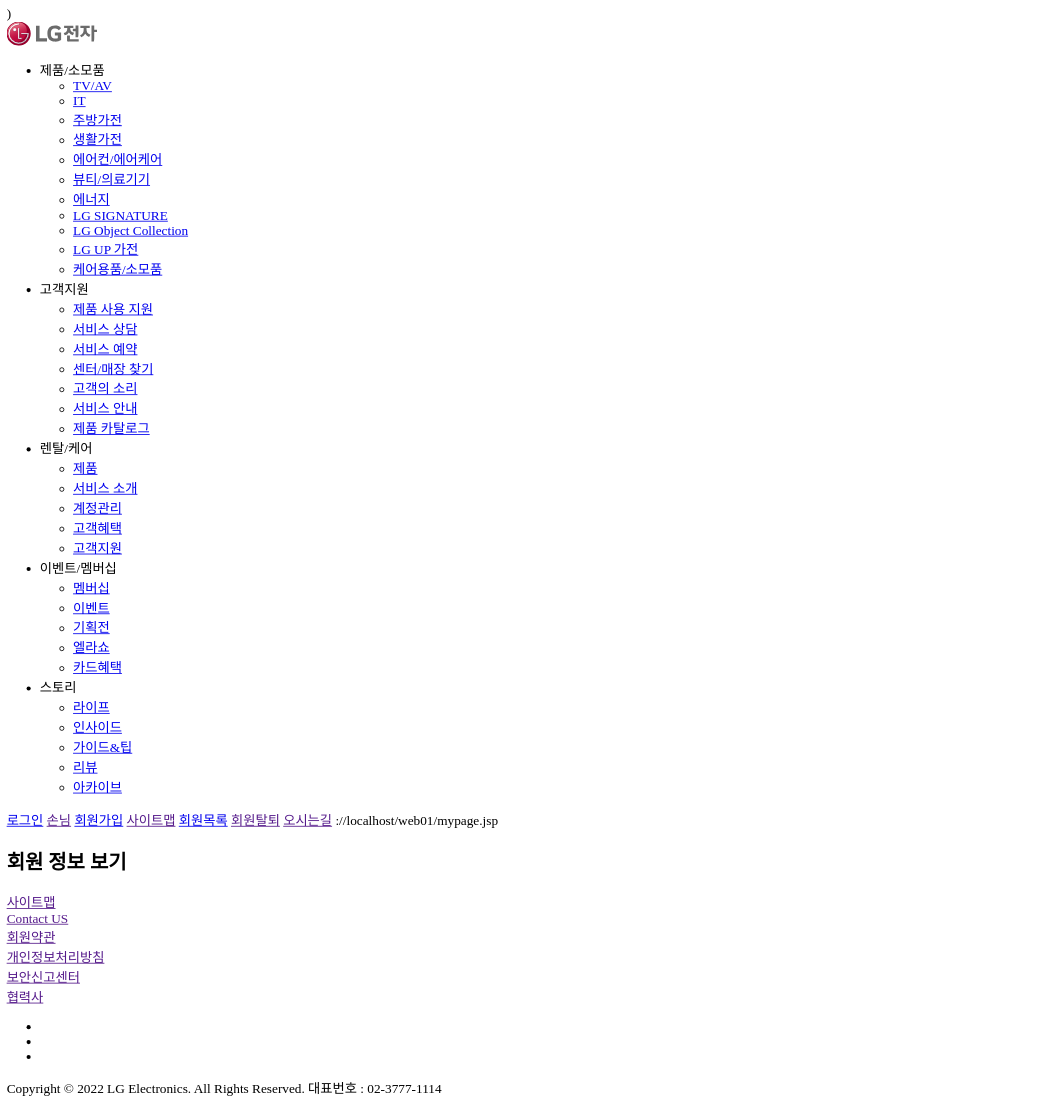
Repository: rlawnsgh6557/github.kr
Page: http://localhost/web01/mypage.jsp
These files come from the project's save history. The page is drawn as it stood at one moment and after the next save; the edit follows.
The browser window is 1280 px wide. The pictures show the whole page, at 83% of full size.
The page is served by Tomcat 9. Queries for data that is not in the repository find no rows.

Above is the page before, as saved 2022-04-28 05:01:31.

### web01/src/main/webapp/mypage.jsp
<%@ page language="java" contentType="text/html; charset=UTF-8"
    pageEncoding="UTF-8"%>
<%@ page import="java.sql.*" %>)
<!DOCTYPE html>
<html>
<head>
<meta charset="UTF-8">
<title>회원정보 보기 및 수정</title>
</head>
<body>
<div class="wrap">
<header id="hd" class="panel-heading">
	<div class="hd_wrap">
		<%@ include file="nav.jsp" %>
	</div>
</header>
<div class="content" class="panel-body">
	<h2>회원 정보 보기</h2>
<%
	Connection conn = null;
	PreparedStatement pstmt = null;
	ResultSet rs = null;
	try {
		Class.forName("org.mariadb.jdbc.Driver");
		conn = DriverManager.getConnection("jdbc:mariadb://localhost:3308/company", "root","1234");
		String sql = "select * from member where id=?";
		pstmt = conn.prepareStatement(sql);
		pstmt.setString(1, sid);
		rs = pstmt.executeQuery();
		if(rs.next()){
%>
		<form action="memEdit.jsp" method="post">
			<table>
				<tbody>
					<tr>
						<td>아이디 : </td>
						<td><input type="test" name="uid" value='<%=rs.getString("id") %>' readonly></td>
					</tr>
					<tr>
						<td>비밀번호 : </td>
						<td><input type="test" name="upw" value='<%=rs.getString("pw") %>'></td>
					</tr>
					<tr>
						<td>이름 : </td>
						<td><input type="test" name="name" value='<%=rs.getString("name") %>' readonly></td>
					</tr>
					<tr>
						<td>연락처 : </td>
						<td><input type="tel" name="phone" value='<%=rs.getString("phone") %>'></td>
					</tr>
					<tr>
						<td>주소 : </td>
						<td><input type="text" name="address" value='<%=rs.getString("address") %>'></td>
					</tr>
					<tr>
						<td colspan="3">
							<input type="submit" value="정보변경"/> &nbsp; &nbsp; &nbsp; &nbsp;
							<%
							if(!sid.equals("admin")){
							%>
							<a href="secession.jsp" class="btn btn-primary">탈퇴</a> &nbsp; &nbsp; &nbsp; &nbsp;
							<%
							}
							%>
							<input type="reset" value="취소"/>
						</td>
					</tr>
				</tbody>
			</table>
		</form>
<%
		}
	} catch(Exception e) {
		e.printStackTrace();
	} finally{
		try{
			rs.close();
			pstmt.close();
			conn.close();
		} catch(Exception e){
			e.printStackTrace();
		}
	}
%>
</div>
<footer id="ft" class="panel-footer">
	<%@ include file="ft.jsp" %>
</footer>
</div>
</body>
</html>

### web01/src/main/webapp/nav.jsp
<%@ page language="java" contentType="text/html; charset=UTF-8"
    pageEncoding="UTF-8"%>
<% /*
	스크립트릿(scriptlet) */
	String[] dp1 = {"제품/소모품","고객지원","렌탈/케어","이벤트/멤버십","스토리"};
	String[][] dp2 ={{"TV/AV","IT","주방가전","생활가전","에어컨/에어케어","뷰티/의료기기","에너지","LG SIGNATURE","LG Object Collection","LG UP 가전","케어용품/소모품"},
			{"제품 사용 지원","서비스 상담","서비스 예약","센터/매장 찾기","고객의 소리","서비스 안내","제품 카탈로그"},
			{"제품","서비스 소개","계정관리","고객혜택","고객지원"},
			{"멤버십","이벤트","기획전","엘라쇼","카드혜택"},
			{"라이프","인사이드","가이드&팁","리뷰","아카이브"}};
	String[][] lnk = {{"sub1.html#page1","sub1.html#page2","sub1.html#page3","sub1.html#page4","sub1.html#page5","sub1.html#page6","sub1.html#page7","sub1.html#page8","sub1.html#page9","sub1.html#page10","sub1.html#page11"},
			{"sub2.html#page1","sub2.html#page2","sub2.html#page3","sub2.html#page4","sub2.html#page5","sub2.html#page6","sub2.html#page7"},
			{"sub3.html#page1","sub3.html#page2","sub3.html#page3","sub3.html#page4","sub3.html#page5"},
			{"sub4.html#page1","sub4.html#page2","sub4.html#page3","sub4.html#page4","sub4.html#page5"},
			{"sub5.html#page1","sub5.html#page2","sub5.html#page3","sub5.html#page4","sub5.html#page5"}};
%>
<%-- <%=표현식(expression) %> --%>
<a class="Logo" href="index.jsp"><img src="./img/lg_logo.svg" alt="로고">
<i class="xi-star-o xi-spin"></i></a>
<nav id="gnb">
	<ul>
<%
	for(int i=0;i<dp1.length;i++){
%>
	<li>
		<span class="dp1"><%=dp1[i] %></span>
		<ul class="sub">
<%
		for(int j=0;j<dp2[i].length;j++){
%>
<li><a class="dp2" href="<%=lnk[i][j] %>"><%=dp2[i][j] %></a></li>
<%
		}
%>
		</ul>
	</li>
<%
	}
%>
</ul>
</nav>
<p id="tnd">
<%
	String sid = (String) session.getAttribute("uid");
	String sname = (String) session.getAttribute("name");
	if(sid == null){
%>
	<a href="login.jsp">로그인</a>
	<a href="">손님</a>
	<a href="agree.jsp">회원가입</a>
<%
	} else {
%>
	<a href="logout.jsp">로그아웃</a>
	<a href="mypage.jsp"><%=sname %></a>
<%
	}
%>
	<a href="">사이트맵</a>
	<a href="memberList.jsp">회원목록</a>
	<a href="">회원탈퇴</a>
	<a href="">오시는길</a>
    <span id="msg_a"></span>
</p>
<script>
	//주소 입력줄로 받은 msg를 받아 출력하는 부분임
	var url = location.href; //url입력줄의 메시지를 포함한 주소를 저장
	var pos = url.indexOf("?msg=");
	var msg = url.substr(pos+5); //메시지만 추출
	var msg_a = document.getElementById("msg_a"); //해당 msg_a 아이디 요소 선택
	msg_a.innerHTML = msg;
	//msg_a.innerHTML = decodeURI(msg);
	if(pos>0){
		if(msg!=""){
			alert(msg);
		}
	}
</script>

### web01/src/main/webapp/ft.jsp
<%@ page language="java" contentType="text/html; charset=UTF-8"
    pageEncoding="UTF-8"%>
<%
    String[] dp3 = {"사이트맵","Contact US","회원약관","개인정보처리방침","보안신고센터","협력사"};
%>
<div class="ft_wrap">
<%
	for(int i=0;i<dp3.length;i++){
%>
	<nav class="fnb">
	<a href=""><%=dp3[i] %></a>
	</nav>
<%
	}
%>
	<nav class="snb">
		<ul>
			<li class="sns1">
				<a href="" title="페이스북"><i class="xi-facebook"></i></a>
			</li>
			<li class="sns2">
                <a href="" title="유튜브"><i class="xi-youtube-play"></i></a>
            </li>
            <li class="sns3">
                <a href="" title="네이버 포스트"><i class="xi-naver"></i></a>
            </li>
		</ul>
	</nav>
	<p class="copyright">Copyright © 2022 LG Electronics. All Rights Reserved. 대표번호 : 02-3777-1114</p>
</div>

### web01/src/main/webapp/img/lg_logo.svg
<svg xmlns="http://www.w3.org/2000/svg" id="lg_logo" width="109" height="29" viewBox="0 0 109 29">
    <defs>
        <linearGradient id="linear-gradient" x1=".336" x2=".664" y1=".05" y2=".95" gradientUnits="objectBoundingBox">
            <stop offset="0" stop-color="#f38895"/>
            <stop offset=".086" stop-color="#eb7487"/>
            <stop offset=".314" stop-color="#d84768"/>
            <stop offset=".517" stop-color="#ca2751"/>
            <stop offset=".687" stop-color="#c21343"/>
            <stop offset=".801" stop-color="#bf0c3f"/>
            <stop offset="1" stop-color="#bf0c3f"/>
        </linearGradient>
        <linearGradient id="linear-gradient-2" x1=".098" x2=".808" y1=".196" y2=".902" gradientUnits="objectBoundingBox">
            <stop offset="0" stop-color="#cd425c"/>
            <stop offset=".089" stop-color="#bd3251"/>
            <stop offset=".249" stop-color="#a91e43"/>
            <stop offset=".43" stop-color="#9b1038"/>
            <stop offset=".648" stop-color="#920732"/>
            <stop offset="1" stop-color="#900531"/>
        </linearGradient>
        <linearGradient id="linear-gradient-3" x2="1" y1=".5" y2=".5" gradientUnits="objectBoundingBox">
            <stop offset="0" stop-color="#b4bdc3"/>
            <stop offset=".04" stop-color="#adb6bc"/>
            <stop offset=".498" stop-color="#6b7379"/>
            <stop offset=".83" stop-color="#424950"/>
            <stop offset="1" stop-color="#333940"/>
        </linearGradient>
        <linearGradient id="linear-gradient-4" x2="1" y1=".5" y2=".5" gradientUnits="objectBoundingBox">
            <stop offset="0" stop-color="#b3bbc1"/>
            <stop offset=".081" stop-color="#a6aeb3"/>
            <stop offset=".52" stop-color="#636b70"/>
            <stop offset=".838" stop-color="#394146"/>
            <stop offset="1" stop-color="#2a3236"/>
        </linearGradient>
        <linearGradient id="linear-gradient-5" x1="11.859" x2="11.946" y1="5.951" y2="5.951" gradientUnits="objectBoundingBox">
            <stop offset="0" stop-color="#abbac2"/>
            <stop offset="1" stop-color="#262a30"/>
        </linearGradient>
        <linearGradient id="linear-gradient-6" x1="2.209" x2="2.222" y1="1.23" y2="1.23" gradientUnits="objectBoundingBox">
            <stop offset="0" stop-color="#b4bdc3"/>
            <stop offset="1" stop-color="#3e454d"/>
        </linearGradient>
        <linearGradient id="linear-gradient-7" x1="2.447" x2="2.462" y1="1.316" y2="1.316" gradientUnits="objectBoundingBox">
            <stop offset="0" stop-color="#b4bdc3"/>
            <stop offset="1" stop-color="#485159"/>
        </linearGradient>
        <radialGradient id="radial-gradient" cx=".481" cy=".485" r=".521" gradientTransform="matrix(1, 0, 0, -1, 0, 2.319)" gradientUnits="objectBoundingBox">
            <stop offset="0" stop-color="#bf0c3f"/>
            <stop offset=".5" stop-color="#bf0c3f"/>
            <stop offset=".753" stop-color="#bc0b3d"/>
            <stop offset=".859" stop-color="#b5093a"/>
            <stop offset=".938" stop-color="#a90534"/>
            <stop offset="1" stop-color="#99002c"/>
        </radialGradient>
        <radialGradient id="radial-gradient-2" cx=".298" cy=".288" r=".764" gradientTransform="translate(0)" gradientUnits="objectBoundingBox">
            <stop offset="0" stop-color="#fff"/>
            <stop offset=".35" stop-color="#fff"/>
            <stop offset=".511" stop-color="#fafbfc"/>
            <stop offset=".677" stop-color="#eef1f3"/>
            <stop offset=".845" stop-color="#d9e0e4"/>
            <stop offset="1" stop-color="#c0ccd2"/>
        </radialGradient>
        <radialGradient id="radial-gradient-3" cx=".293" cy=".316" r=".78" gradientTransform="translate(-0.027)" gradientUnits="objectBoundingBox">
            <stop offset="0" stop-color="#fff"/>
            <stop offset=".35" stop-color="#fff"/>
            <stop offset=".537" stop-color="#fafbfc"/>
            <stop offset=".73" stop-color="#eef1f3"/>
            <stop offset=".926" stop-color="#d9e1e5"/>
            <stop offset="1" stop-color="#d0dadf"/>
        </radialGradient>
        <style>
            .cls-1{fill:#6b6b6b}.cls-9{fill:url(#linear-gradient-4)}.cls-10{fill:#b4bdc3}.cls-14{fill:#0b1f28}.cls-18{fill:#fff}
        </style>
    </defs>
    <g id="Group_591" transform="translate(-374.385 -309.043)">
        <path id="Path_349" d="M415.419 312.193v2.745h3.791v.707c0 2.831-1.145 4.328-4.228 5.307l1.167 2.621a7.618 7.618 0 0 0 5.062-3.454 7.457 7.457 0 0 0 4.77 3.332l1.481-3c-2.689-.583-4.625-2.041-4.625-4.828v-.687h3.728v-2.745zm17.271-.377h-3.479v3.954h-3.272v2.851h3.272v7.22h3.063a18.012 18.012 0 0 0 .416-3.809zm.355 16.6h-10.252c-.27 0-.355-.061-.355-.354v-4.056h-3.481v5.472a1.56 1.56 0 0 0 1.795 1.747h12.293zm1.977-16.252v2.736h3.962v1.316c0 3.476-.71 5.661-4.317 7.242l1.358 2.413a8.893 8.893 0 0 0 4.895-4.078 8.933 8.933 0 0 0 4.583 3.891l1.624-2.829c-3.5-1.312-4.709-3.352-4.709-6.66v-1.3h3.851v-2.728zm20.167 4.812h-3.458v-5.165H448.4v19.413h2.918a23.865 23.865 0 0 0 .416-4.649v-6.811h3.458z" class="cls-1" transform="translate(28.196 1.958)"/>
        <path id="Path_350" d="M400.559 330.788h7.954v-3.649h-8.982V312.05H395.2v18.738z" class="cls-1" transform="translate(14.522 2.124)"/>
        <path id="Path_351" d="M412.319 323.762h3.53v3.275a10.013 10.013 0 0 1-3.129.5c-3.9 0-5.2-1.98-5.2-6 0-3.836 1.237-6.092 5.137-6.092a5.026 5.026 0 0 1 4.429 1.978l2.694-2.473c-1.643-2.35-4.52-3.062-7.215-3.062-6.067 0-9.256 3.309-9.256 9.616 0 6.278 2.878 9.679 9.227 9.679a13.81 13.81 0 0 0 7.306-1.825v-9.09h-7.522z" class="cls-1" transform="translate(20.174 2.008)"/>
    </g>
    <g id="Group_590">
        <g id="Group_433" transform="translate(0 0)">
            <path id="Path_254" fill="url(#radial-gradient)" d="M146.53 344.638a14.5 14.5 0 1 0 14.509 14.613v-.227a14.5 14.5 0 0 0-14.509-14.386z" transform="translate(-132.039 -344.638)"/>
            <path id="Path_255" fill="url(#linear-gradient)" d="M144.188 356.711c-4.9 4.905-5.4 12.379-1.094 16.686s11.774 3.812 16.68-1.1 5.408-12.387 1.1-16.694a10.233 10.233 0 0 0-7.336-2.933 13.371 13.371 0 0 0-9.354 4.037" transform="translate(-139.449 -351.969)"/>
            <path id="Path_256" fill="url(#linear-gradient-2)" d="M171.14 388.893l.358-.2v-12.226l-.089-.142.089-.026v-.018h.062l1.082-.371.194.334a.128.128 0 0 1 .027.092l-.011 11.133h2.63l.211.33a.19.19 0 0 1 .032.135v1.12a.088.088 0 0 1-.081.1h-4.023a.372.372 0 0 1-.2-.059zm13.053-7.151h-8.95v1.433l.222.3a.107.107 0 0 0 .076.03h7.489a10.911 10.911 0 0 1-18.573 6.925 10.936 10.936 0 0 1-.06-15.367 11.018 11.018 0 0 1 7.779-3.183l.587-.009h.065c.041 0 .076-.006.076-.1V370.6a.238.238 0 0 0-.029-.127l-.264-.332-.6.085-.3.1c-6.8 0-11.892 5.682-11.892 12.448a12.332 12.332 0 0 0 24.664-.074v-.7zm-16.743-5.667a1.931 1.931 0 1 0 1.945 1.934 1.941 1.941 0 0 0-1.945-1.933z" transform="translate(-157.387 -367.907)"/>
            <path id="Path_257" fill="#626d77" d="M291.031 583.666l-.3.285h4.4l-.287-.293z" transform="translate(-277.014 -562.951)"/>
            <path id="Path_258" fill="#8699a3" d="M307.121 570.765l.287-.278h-2.881l-.341.278z" transform="translate(-289.295 -550.921)"/>
            <path id="Path_259" fill="#8d9aa1" d="M292.253 436.8h-1.521l.285.273h.91z" transform="translate(-276.994 -428.813)"/>
            <path id="Path_260" fill="url(#linear-gradient-3)" d="M304.37 448.777l.317-.257V436.8l-.326.271z" transform="translate(-289.435 -428.879)"/>
            <path id="Path_261" d="M337.664 570.765v.877l.287.293v-1.448z" class="cls-9" transform="translate(-319.853 -550.932)"/>
            <path id="Path_262" d="M290.732 436.8v13.171l.3-.285-.013-12.614z" class="cls-10" transform="translate(-276.987 -428.891)"/>
            <path id="Path_263" fill="none" d="M227.313 441.637a1.632 1.632 0 1 0 1.633-1.627 1.628 1.628 0 0 0-1.633 1.627z" transform="translate(-219.072 -431.76)"/>
            <path id="Path_264" fill="url(#linear-gradient-5)" d="M224.082 438.646a1.916 1.916 0 1 0 1.918-1.915 1.913 1.913 0 0 0-1.918 1.915zm3.546 0a1.632 1.632 0 1 1-1.63-1.627 1.628 1.628 0 0 1 1.63 1.627z" transform="translate(-216.123 -428.767)"/>
            <path id="Path_265" fill="#505c61" d="M345.5 517.019l-7.607-.009-.282.3h7.6l.151-.157z" transform="translate(-319.941 -502.078)"/>
            <path id="Path_267" fill="#8f9ca4" d="M337.9 504.069l8.508-.014.288-.29h-9.078z" transform="translate(-319.941 -489.981)"/>
            <path id="Path_268" fill="url(#linear-gradient-6)" d="M182.043 382.33v-.708l-.284.285v.422a11.974 11.974 0 1 1-11.982-11.982l.457-.006.28-.272-.737-.007a12.267 12.267 0 1 0 12.266 12.266z" transform="translate(-155.293 -367.834)"/>
            <path id="Path_269" fill="url(#linear-gradient-7)" d="M182.443 383.509l-.316-.007h-.3a11.091 11.091 0 0 0 .021 22.18h.286a11.121 11.121 0 0 0 10.921-10.34l.01-.306-.141.129-.149.155A10.81 10.81 0 1 1 182 383.784l.728.007z" transform="translate(-167.503 -380.094)"/>
            <path id="Path_272" d="M337.9 504.092l-.282-.3v1.457l.282-.3z" class="cls-10" transform="translate(-319.806 -490.01)"/>
            <path id="Path_273" d="M304.531 371.323l.284.285v-1.465l-.284.275z" class="cls-9" transform="translate(-289.59 -367.906)"/>
            <path id="Path_274" fill="url(#radial-gradient-2)" d="M170.737 377.61v12.678h4.03v-1.13h-2.875V377.61zm.421-5.767a12.112 12.112 0 1 0 12.258 12.11v-.55h-8.639v1.124h7.49v.164a10.978 10.978 0 1 1-10.95-11.713h.579v-1.134c-.114 0-.3 0-.453-.006z" transform="translate(-156.828 -369.457)"/>
            <path id="Path_275" fill="url(#radial-gradient-3)" d="M225.737 440.245a1.762 1.762 0 1 0 1.764-1.761 1.761 1.761 0 0 0-1.764 1.761" transform="translate(-217.634 -430.367)"/>
            <g id="Group_432" transform="translate(2.384 2.383)">
                <path id="Path_276" d="M227.818 438.8a1.744 1.744 0 0 1 1.07.374 1.752 1.752 0 1 0-2.466 2.447 1.73 1.73 0 0 1-.369-1.06 1.764 1.764 0 0 1 1.765-1.761" class="cls-18" transform="translate(-220.001 -432.739)"/>
                <path id="Path_277" d="M172.085 371.826c-.154 0-.445-.008-.593-.008a12.2 12.2 0 0 0-12.271 12.082 11.911 11.911 0 0 0 3.595 8.542c.074.073.151.142.226.213a11.9 11.9 0 0 1-3.392-8.332c0-6.647 4.786-12.166 12.435-12.5" class="cls-18" transform="translate(-159.221 -371.818)"/>
                <path id="Path_278" d="M305.927 572.169a11.91 11.91 0 0 0 2.916.245v-.245z" class="cls-18" transform="translate(-293.273 -554.865)"/>
                <path id="Path_279" d="M293.745 438.918v-.363h-1.171v12.863s.366-1.956.366-12.5z" class="cls-18" transform="translate(-281.058 -432.895)"/>
                <path id="Path_280" d="M348.076 505.572h-8.766v1.14h.318v-.823c7.638 0 8.448-.319 8.448-.319" class="cls-18" transform="translate(-323.873 -494.027)"/>
                <path id="Path_281" d="M198.439 518.607c0 .025 0 .147-.007.17a11.05 11.05 0 0 1-10.93 10.384 10.807 10.807 0 0 1-7.748-3.266 11.079 11.079 0 0 1-2.8-4.869 10.987 10.987 0 0 0 21.628-2.419z" class="cls-18" transform="translate(-175.398 -506.087)"/>
            </g>
        </g>
    </g>
</svg>

After the next save:
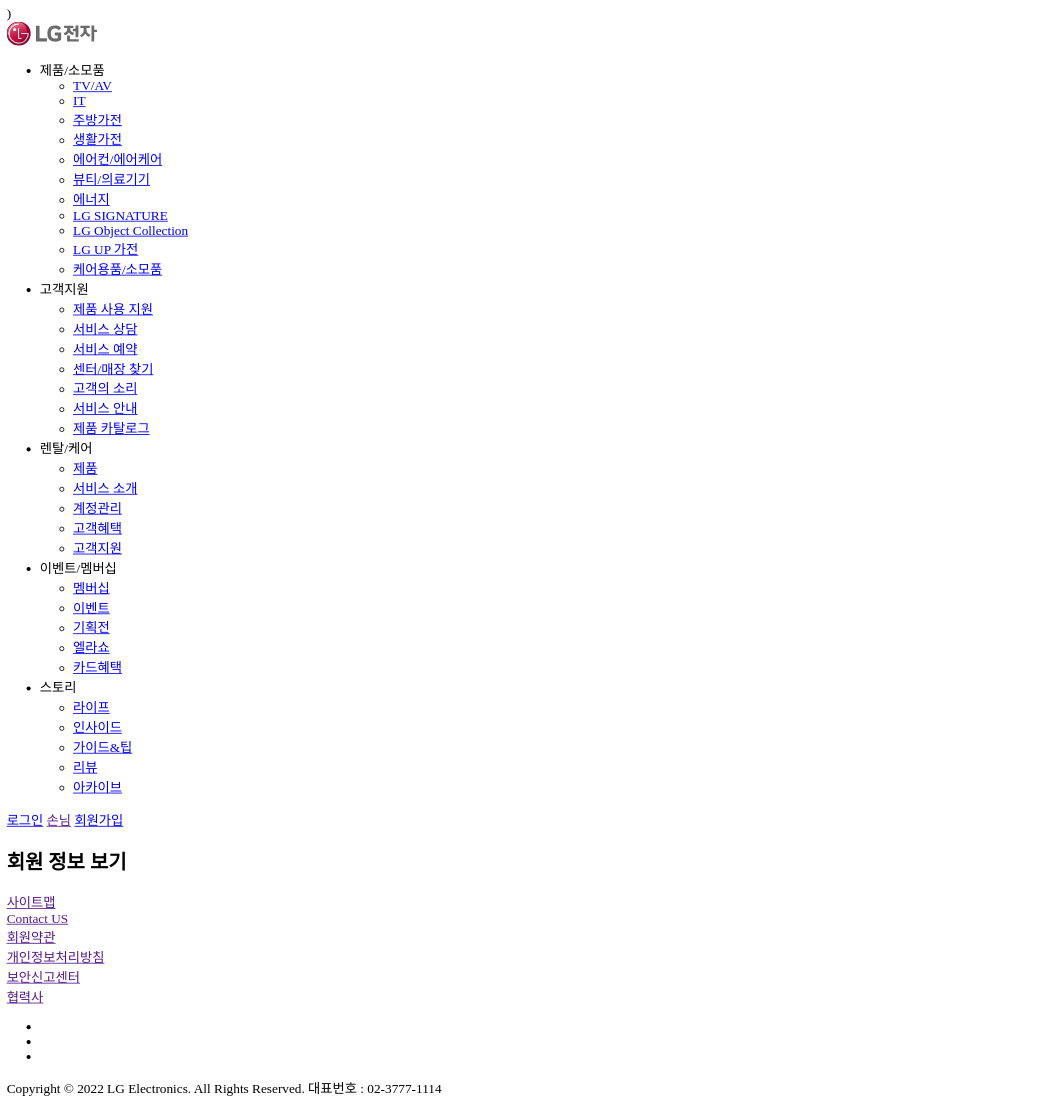
Console error: TypeError: Cannot set properties of null (setting 'innerHTML')
Saved 4 min 48 s later.
--- a/web01/src/main/webapp/nav.jsp
+++ b/web01/src/main/webapp/nav.jsp
@@ -49,18 +49,20 @@
 	<a href="">손님</a>
 	<a href="agree.jsp">회원가입</a>
 <%
-	} else {
+	} else if(!sid.equals("admin")){
 %>
 	<a href="logout.jsp">로그아웃</a>
 	<a href="mypage.jsp"><%=sname %></a>
 <%
-	}
+	} else {
 %>
 	<a href="">사이트맵</a>
 	<a href="memberList.jsp">회원목록</a>
-	<a href="">회원탈퇴</a>
 	<a href="">오시는길</a>
     <span id="msg_a"></span>
+   <%
+	}
+   %>
 </p>
 <script>
 	//주소 입력줄로 받은 msg를 받아 출력하는 부분임
